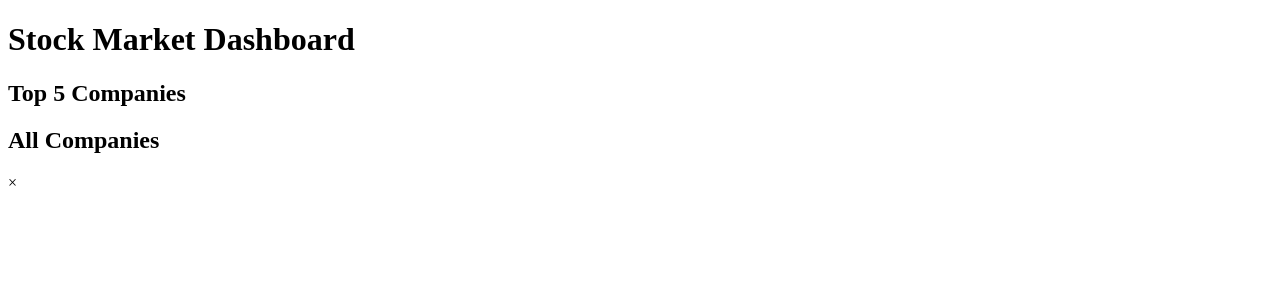
Repository: pvm-cell/Googledev
Page: index.html
These files come from the project's save history. The page is drawn as it stood at one moment and after the next save; the edit follows.
The browser window is 1280 px wide. The pictures show the whole page.

Above is the page before, as saved 2025-03-18 10:51:20.

### index.html
<!DOCTYPE html>
<html lang="en">
<head>
    <meta charset="UTF-8">
    <meta name="viewport" content="width=device-width, initial-scale=1.0">
    <title>Stock Market Dashboard</title>
    <link rel="stylesheet" href="styles.css">
    <link href="https://fonts.googleapis.com/css2?family=Roboto:wght@300;400;500;700&display=swap" rel="stylesheet">
</head>
<body>
    <div class="container">
        <header>
            <h1>Stock Market Dashboard</h1>
        </header>

        <section class="top-companies">
            <h2>Top 5 Companies</h2>
            <div class="companies-grid" id="topCompanies"></div>
        </section>

        <section class="all-companies">
            <h2>All Companies</h2>
            <div class="companies-grid" id="allCompanies"></div>
        </section>
    </div>

    <!-- News Modal -->
    <div id="newsModal" class="modal">
        <div class="modal-content">
            <span class="close">&times;</span>
            <h2 id="modalCompanyName"></h2>
            <div id="newsContent"></div>
        </div>
    </div>

    <script src="script.js"></script>
</body>
</html>

Loaded but not shown: styles.css (empty); script.js (empty)

After the next save:
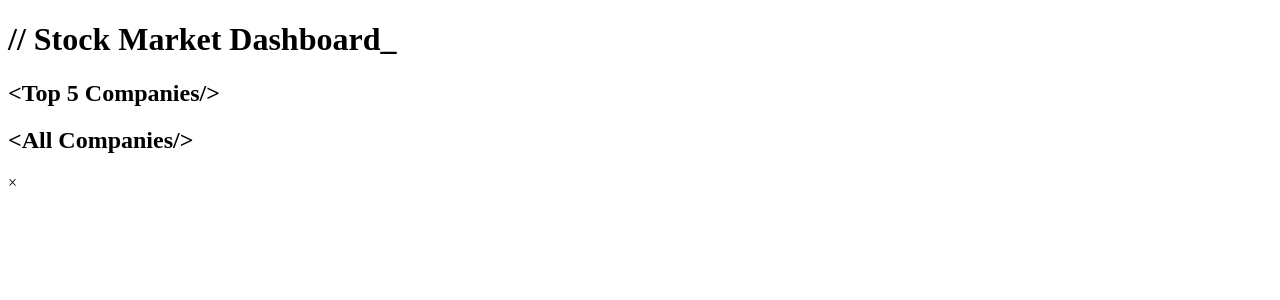
Saved 88 s later.
--- a/index.html
+++ b/index.html
@@ -10,16 +10,16 @@
 <body>
     <div class="container">
         <header>
-            <h1>Stock Market Dashboard</h1>
+            <h1>// Stock Market Dashboard_</h1>
         </header>
 
         <section class="top-companies">
-            <h2>Top 5 Companies</h2>
+            <h2>&lt;Top 5 Companies/&gt;</h2>
             <div class="companies-grid" id="topCompanies"></div>
         </section>
 
         <section class="all-companies">
-            <h2>All Companies</h2>
+            <h2>&lt;All Companies/&gt;</h2>
             <div class="companies-grid" id="allCompanies"></div>
         </section>
     </div>
